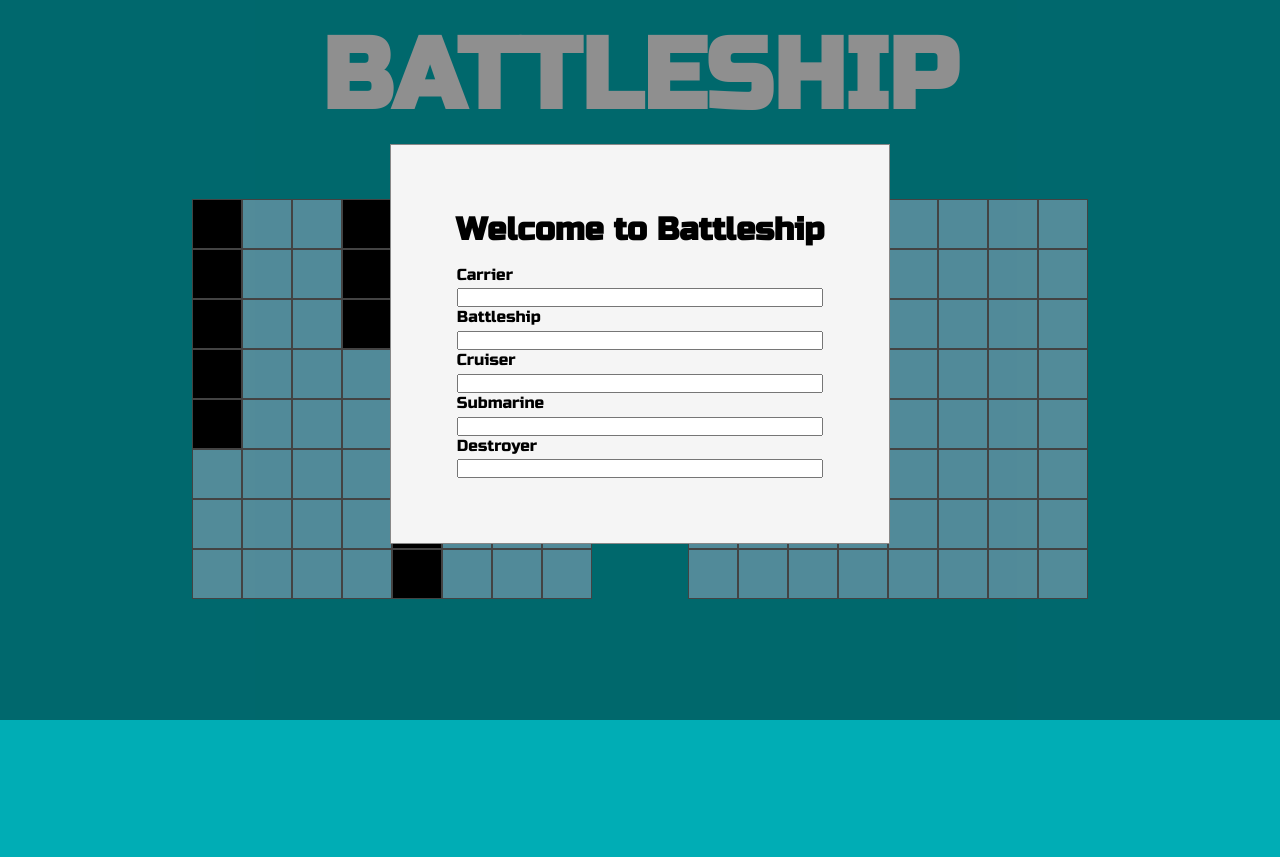
Repository: AzharMoosa/battleship
Page: /
These files come from the project's save history. The page is drawn as it stood at one moment and after the next save; the edit follows.
The browser window is 1280 px wide. The pictures show the whole page.
The project was rebuilt for these pictures with package versions that can differ from the ones it lists, and the page was loaded fresh each time.

Above is the page before, as saved 2020-07-09 10:09:17.

After the next save:
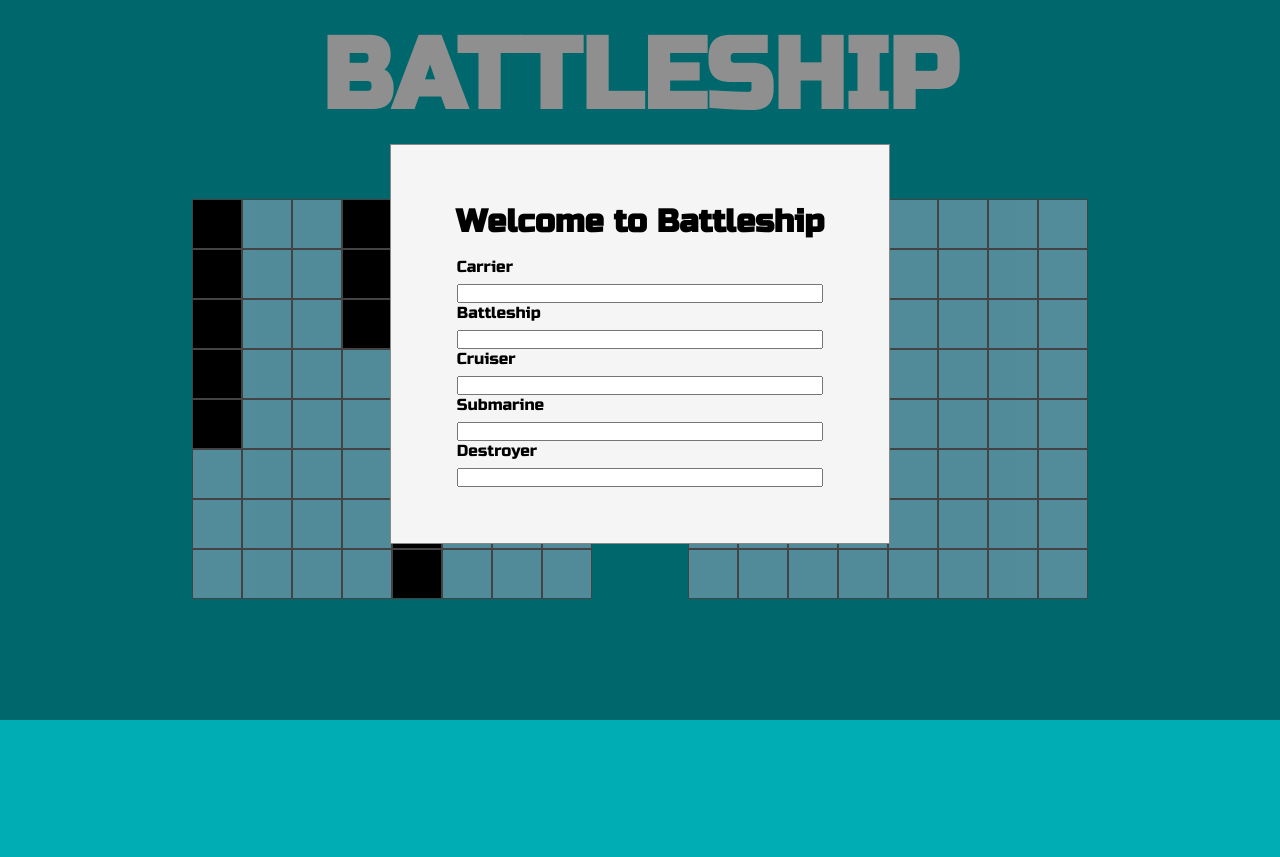
Saved 4 s later.
--- a/src/App.css
+++ b/src/App.css
@@ -128,7 +128,7 @@ body {
 }
 
 .coord-input {
-  margin-top: 0.3rem;
+  margin-top: 0.5rem;
 }
 
 .modal {
